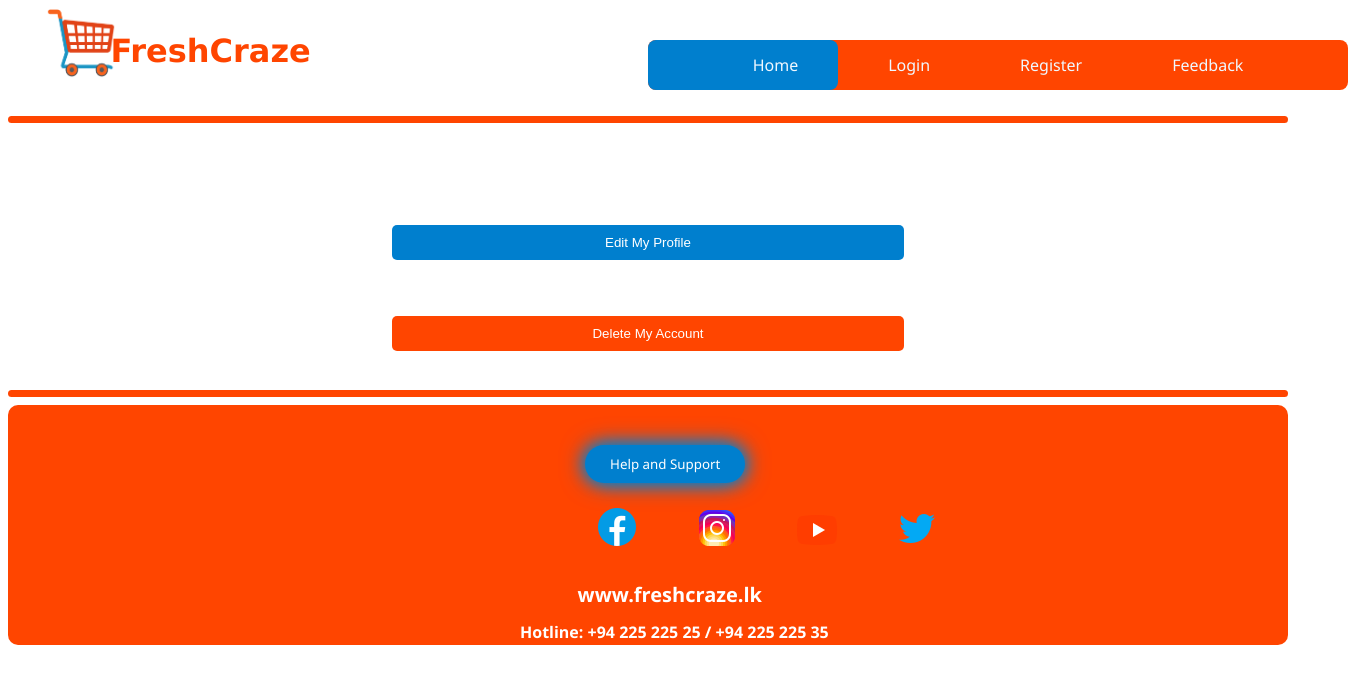
Repository: chamarac2002/FreshCraze
Page: http://localhost/CustomerDemo/useraccount.jsp
An editor plug-in stored every save of this project. The page is shown before and after the next save, followed by the edit.
The browser window is 1280 px wide. The page is 1348 px wide, so the pictures cover 1348 px, including what lies to the right of the window. The pictures show the whole page.
The page is served by Tomcat 9. Nobody is signed in. The application's start-up code is not run. The template is opened directly, without the code that normally fills it, so the values that code supplies are empty.

Above is the page before, as saved 2024-05-11 05:33:25.

After the next save:
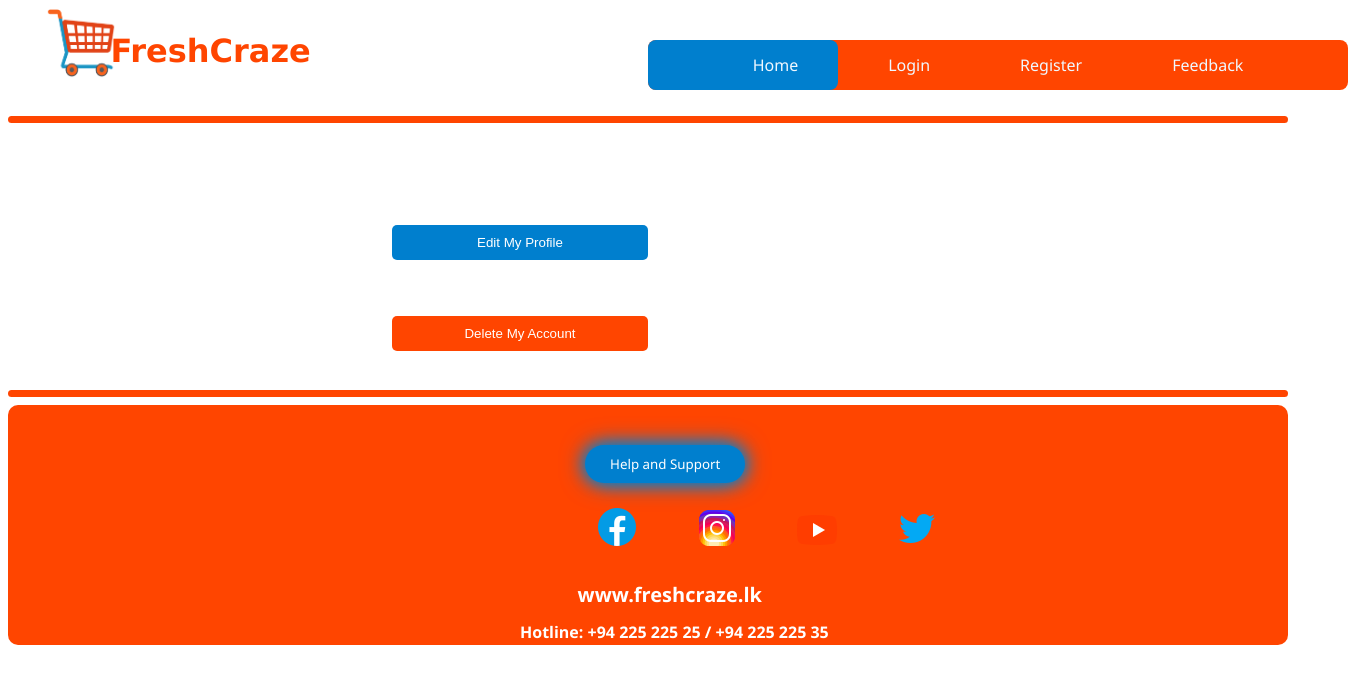
Saved 16 s later.
--- a/CustomerDemo/src/main/webapp/Styles/useraccountStyle.css
+++ b/CustomerDemo/src/main/webapp/Styles/useraccountStyle.css
@@ -208,7 +208,7 @@
     margin-top: 3%;
     text-align: center;
     color : #ffffff;
-  	width: 40%;
+  	width: 20%;
 	padding: 10px;
  	background-color: rgb(0, 127, 206);
  	border: none;
@@ -221,7 +221,7 @@
     margin-top: 3%;
     text-align: center;
     color : #ffffff;
-  	width: 40%;
+  	width: 20%;
 	padding: 10px;
  	background-color: orangered;
  	border: none;
